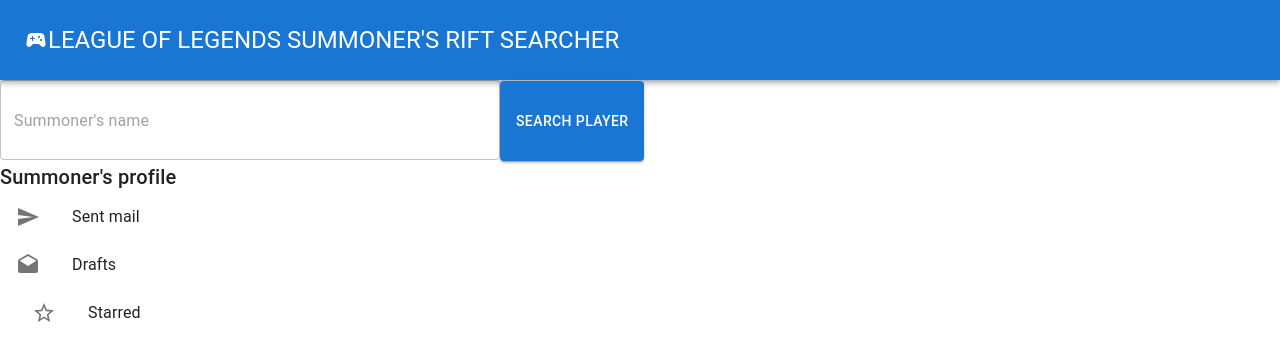
Repository: Mikerr21/League-Of-Legends-API
Page: /
These files come from the project's save history. The page is drawn as it stood at one moment and after the next save; the edit follows.
The browser window is 1280 px wide. The pictures show the whole page.
The page's requests for data from a server got no answer. The project was rebuilt for these pictures with package versions that can differ from the ones it lists, and the page was loaded fresh each time. No one was signed in, and anything a server would have sent is missing.

Above is the page before, as saved 2022-09-24 22:19:19.

### public/index.html
<!DOCTYPE html>
<html lang="en">
  <head>
    <meta charset="utf-8" />
    <link rel="icon" href="%PUBLIC_URL%/favicon.ico" />
    <meta name="viewport" content="width=device-width, initial-scale=1" />
    <meta name="theme-color" content="#000000" />
    <meta
      name="description"
      content="Web site created using create-react-app"
    />
    <link rel="apple-touch-icon" href="%PUBLIC_URL%/logo192.png" />

    <title>React App</title>
  </head>
  <body>
    <noscript>You need to enable JavaScript to run this app.</noscript>
    <div id="root"></div>

  </body>
</html>

### src/App.js
import React from "react";
import axios from "axios";
import { useState } from "react";
import { AppBar } from "@mui/material";
import { Toolbar } from "@mui/material";
import { CssBaseline } from "@mui/material";
import SportsEsportsIcon from "@mui/icons-material/SportsEsports";
import OutlinedInput from "@mui/material/OutlinedInput";

import { Typography } from "@mui/material";
import { Button } from "@mui/material";
import { Box } from "@mui/material";

import ListSubheader from '@mui/material/ListSubheader';
import List from '@mui/material/List';
import ListItemButton from '@mui/material/ListItemButton';
import ListItemIcon from '@mui/material/ListItemIcon';
import ListItemText from '@mui/material/ListItemText';
import Collapse from '@mui/material/Collapse';
import InboxIcon from '@mui/icons-material/MoveToInbox';
import DraftsIcon from '@mui/icons-material/Drafts';
import SendIcon from '@mui/icons-material/Send';
import ExpandLess from '@mui/icons-material/ExpandLess';
import ExpandMore from '@mui/icons-material/ExpandMore';
import StarBorder from '@mui/icons-material/StarBorder';



function App() {
  const [searchPlayer, setSearchPlayer] = useState("");
  const [playerData, setPlayerData] = useState({});
  const API_KEY = "c4eb3244-2494-4789-a6a3-47b4f6d5b70a";

  function fetchPlayerData(event) {
    var API_KEY = "RGAPI-e5d7e95c-8a4e-4469-bf42-53bc6d1175b3";
    var API_CALL_STRING =
      "https://euw1.api.riotgames.com/lol/summoner/v4/summoners/by-name/" +
      searchPlayer +
      "?api_key=" +
      API_KEY;
    axios
      .get(API_CALL_STRING)
      .then(function (response) {
        //Success

        setPlayerData(response.data);
      })
      .catch(function (error) {
        //Error
        console.log(error);
      });
  }

  return (
    <div className="App">
      <CssBaseline />
      <AppBar position="static">
        <Toolbar variant="dense" style={{ height: "80px" }}>
          <SportsEsportsIcon></SportsEsportsIcon>
          <Typography variant="h5" component="h2">
            LEAGUE OF LEGENDS SUMMONER'S RIFT SEARCHER
          </Typography>
        </Toolbar>
      </AppBar>
      <Box>
        <OutlinedInput
          onChange={(e) => setSearchPlayer(e.target.value)}
          type="text"
          placeholder="Summoner's name"
          style={{ height: "80px", width: "500px" }}
        ></OutlinedInput>
        <Button
          onClick={fetchPlayerData()}
          variant="contained"
          style={{ height: "80px" }}
        >
          Search player
        </Button>
      </Box>
      {JSON.stringify(playerData.data)}

      <List
      sx={{ width: '100%', maxWidth: 360, bgcolor: 'background.paper' }}
      component="nav"
      aria-labelledby="nested-list-subheader"
      subheader={
        <Typography variant="h6">
         Summoner's profile
        </Typography>
      }
    >
      <ListItemButton>
        <ListItemIcon>
          <SendIcon />
        </ListItemIcon>
        <ListItemText primary="Sent mail" />
      </ListItemButton>
      <ListItemButton>
        <ListItemIcon>
          <DraftsIcon />
        </ListItemIcon>
        <ListItemText primary="Drafts" />
      </ListItemButton>
        <List component="div" disablePadding>
          <ListItemButton sx={{ pl: 4 }}>
            <ListItemIcon>
              <StarBorder />
            </ListItemIcon>
            <ListItemText primary="Starred" />
          </ListItemButton>
        </List>
    </List>

    </div>
  );
}

export default App;

Loaded but not shown: src/index.js (common file)

After the next save:
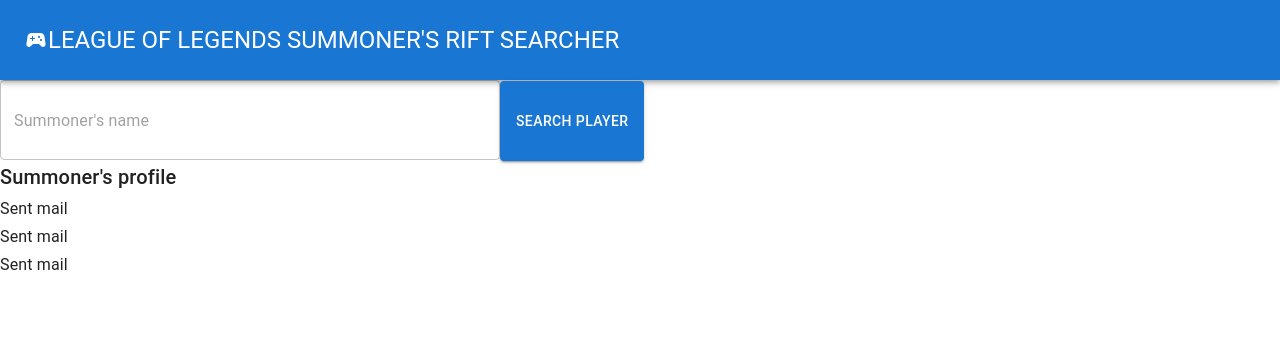
Saved 95 s later.
--- a/src/App.js
+++ b/src/App.js
@@ -54,6 +54,8 @@
   return (
     <div className="App">
       <CssBaseline />
+
+
       <AppBar position="static">
         <Toolbar variant="dense" style={{ height: "80px" }}>
           <SportsEsportsIcon></SportsEsportsIcon>
@@ -89,26 +91,9 @@
         </Typography>
       }
     >
-      <ListItemButton>
-        <ListItemIcon>
-          <SendIcon />
-        </ListItemIcon>
-        <ListItemText primary="Sent mail" />
-      </ListItemButton>
-      <ListItemButton>
-        <ListItemIcon>
-          <DraftsIcon />
-        </ListItemIcon>
-        <ListItemText primary="Drafts" />
-      </ListItemButton>
-        <List component="div" disablePadding>
-          <ListItemButton sx={{ pl: 4 }}>
-            <ListItemIcon>
-              <StarBorder />
-            </ListItemIcon>
-            <ListItemText primary="Starred" />
-          </ListItemButton>
-        </List>
+       <ListItemText primary="Sent mail" />
+       <ListItemText primary="Sent mail" />
+       <ListItemText primary="Sent mail" />
     </List>
 
     </div>
